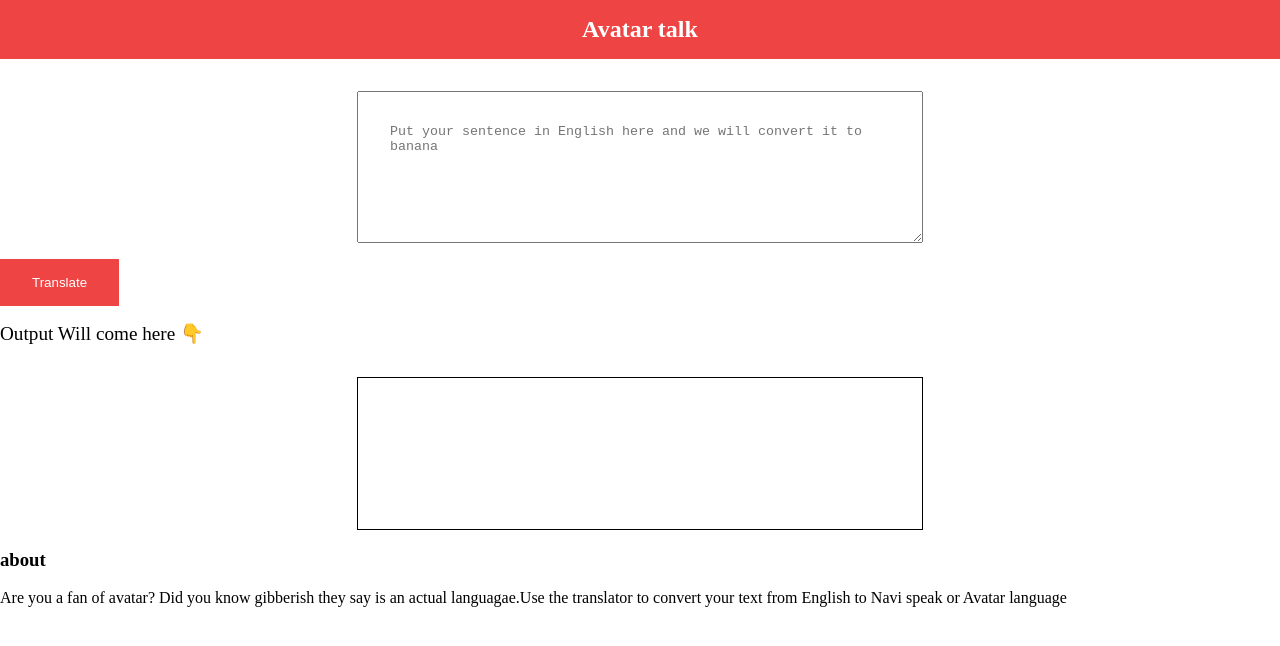
Repository: sohan2503001/Avator-speak
Page: index.html
An editor plug-in stored every save of this project. The page is shown before and after a run of saves, followed by the edit.
The browser window is 1280 px wide. The pictures show the whole page.

Above is the page before, as saved 2021-04-21 11:54:32.

After the next 4 saves:
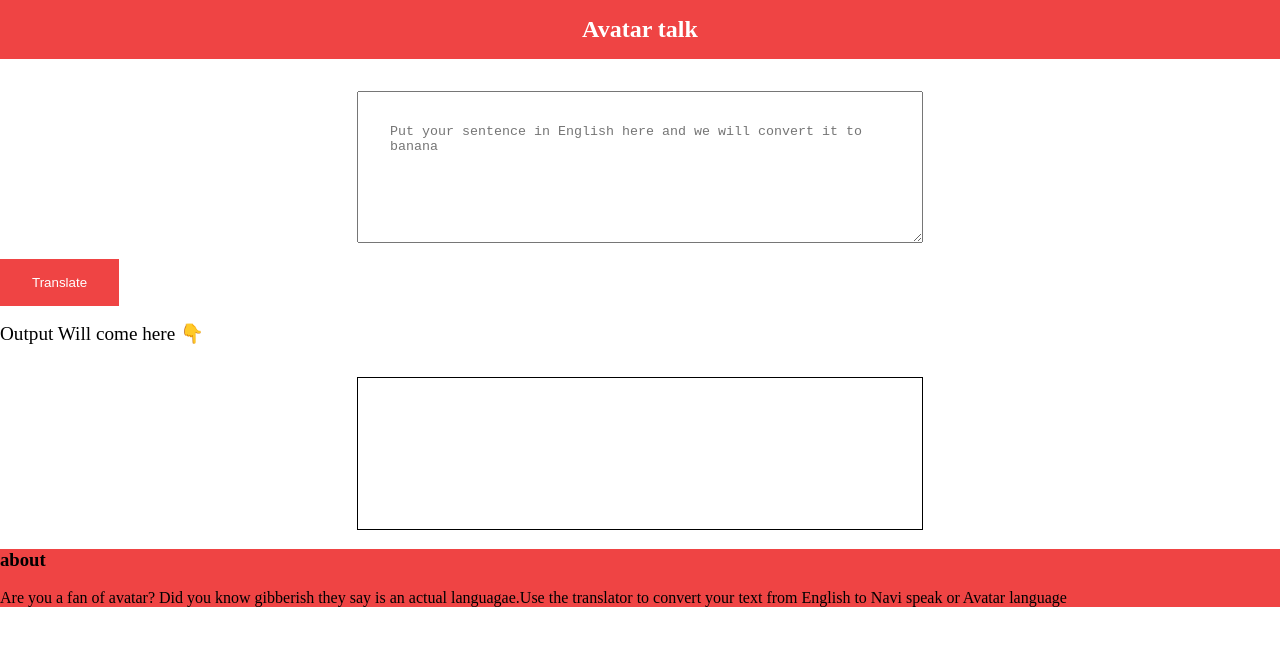
The 4 saves are shown as one change because they came seconds apart.
The last was saved 9 s later.
--- a/style.css
+++ b/style.css
@@ -50,5 +50,5 @@ textarea{
 /**footer**/
 
 footer{
-
+    background-color: var(--primary-color);
 }
